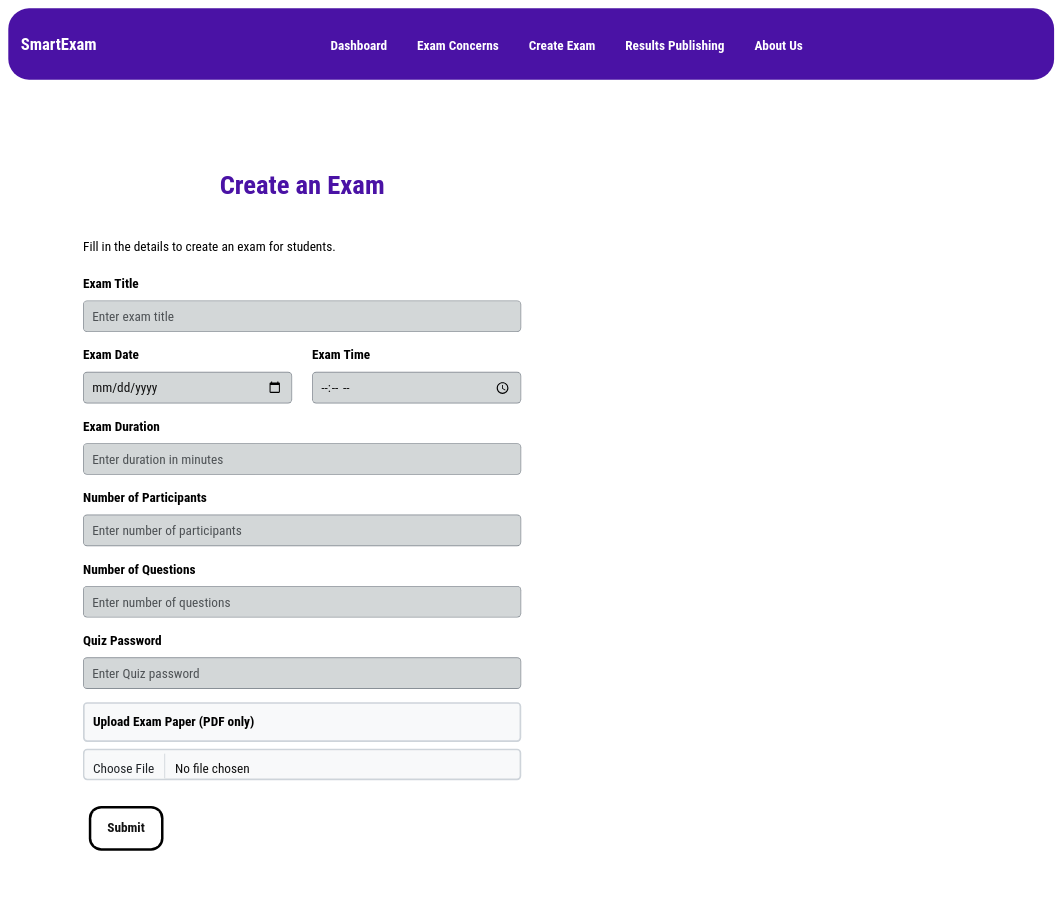
Repository: DissanayakeDA/Registration-web-app
Page: http://localhost/Online-Exam-Management-Web-App/examForm.jsp
These files come from the project's save history. The page is drawn as it stood at one moment and after the next save; the edit follows.
The browser window is 1280 px wide. The pictures show the whole page, at 83% of full size.
Some web fonts or font styles are not loaded; a fallback is used. The page is served by Tomcat 9.

Above is the page before, as saved 2024-10-20 06:56:18.

After the next save:
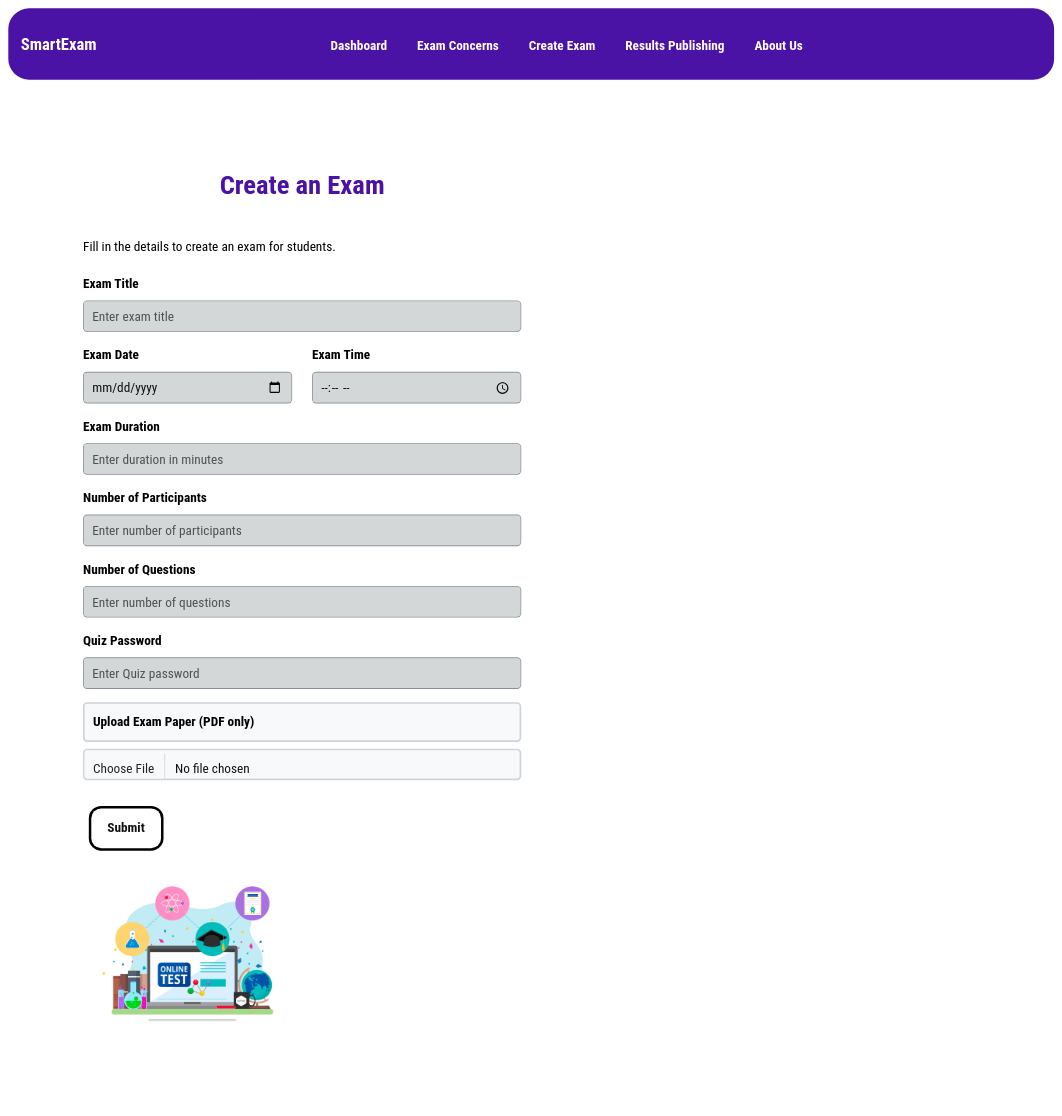
Saved 39 s later.
--- a/Online-Exam-Management-Web-App/src/main/webapp/examForm.jsp
+++ b/Online-Exam-Management-Web-App/src/main/webapp/examForm.jsp
@@ -218,7 +218,9 @@
       />
     </div>
 </form>
-
+ <div class="col-md-6 image-container">
+          <img src="images/exam.jpg" alt="Exam Image" class="img-fluid" />
+        </div>
 <!-- JavaScript Validation -->
 <script>
   function validateForm() {
